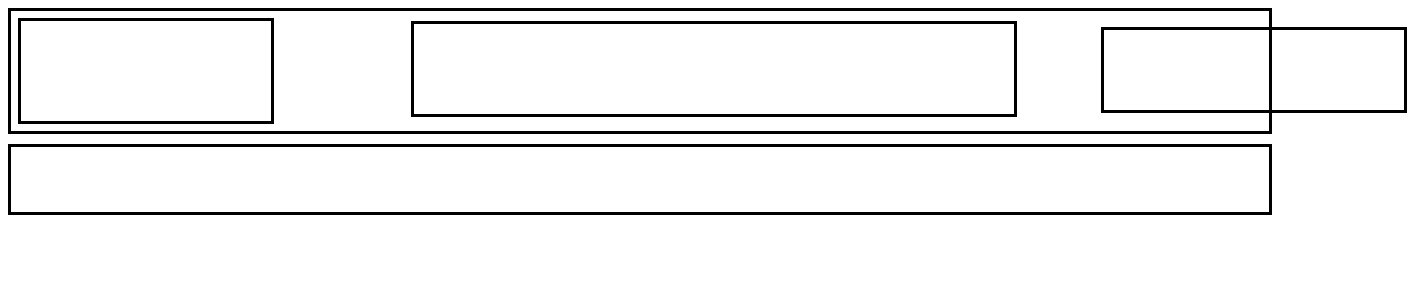
Repository: cartervandekamp/htmlstructure.mdia2003
Page: htmlstructure-psd/index.html
An editor plug-in stored every save of this project. The page is shown before and after the next save, followed by the edit.
The browser window is 1280 px wide. The page is 1407 px wide, so the pictures cover 1407 px, including what lies to the right of the window. The pictures show the whole page.

Above is the page before, as saved 2023-01-16 18:12:24.

After the next save:
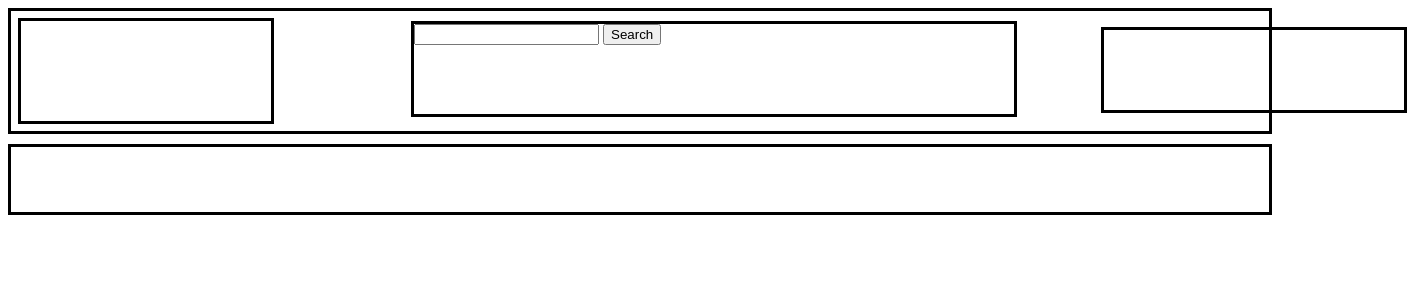
Saved 23 min 33 s later.
--- a/htmlstructure-psd/index.html
+++ b/htmlstructure-psd/index.html
@@ -6,8 +6,13 @@
 </head>
 <body>
     <div class="toprow">
-        <div class="topleft"></div>
-        <div class="topmiddle"></div>
+        <div class="topleft">
+            <img src="" alt="">
+        </div>
+        <div class="topmiddle">
+            <input type="Search">
+            <button>Search</button>
+        </div>
         <div class="topright"></div>
     </div>
     <div class="thinbar"></div>
